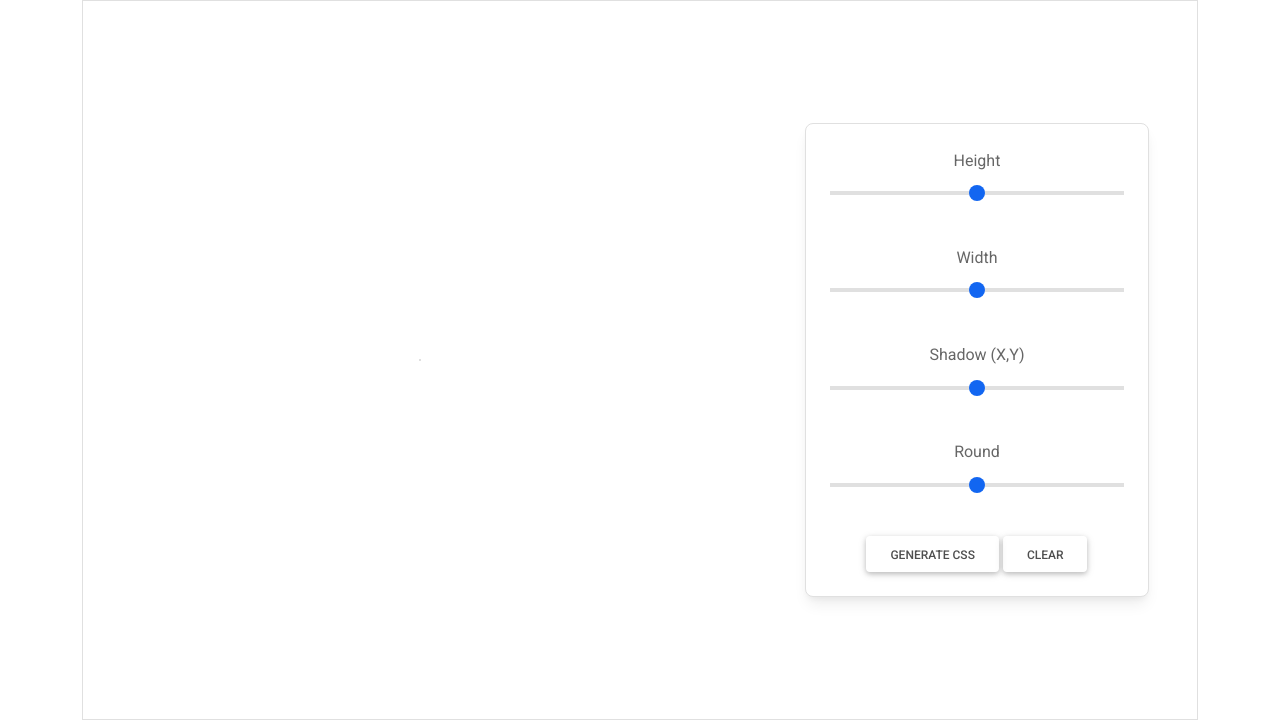
Repository: USaditya98/card-generator
Page: index.html
These files come from the project's save history. The page is drawn as it stood at one moment and after the next save; the edit follows.
The browser window is 1280 px wide. The pictures show the whole page.

Above is the page before, as saved 2021-10-20 13:23:32.

After the next save:
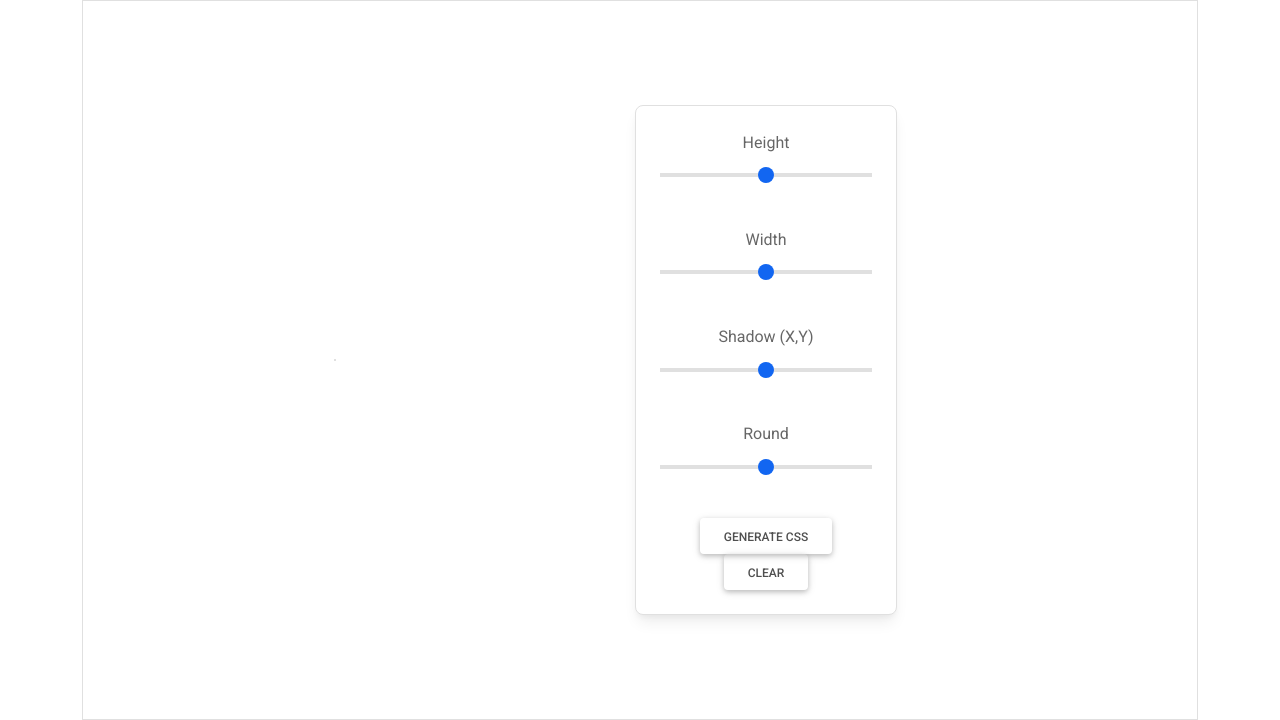
Saved 57 s later.
--- a/index.html
+++ b/index.html
@@ -55,7 +55,7 @@
                   <button class="btn" id="clear" onclick="clearcontent()">Clear</button>
               </div>
             </div>
-            <code id="generatedCss" class="W-100" >
+            <code id="generatedCss" class="w-50" >
 
             </code>
 

After the save that followed:
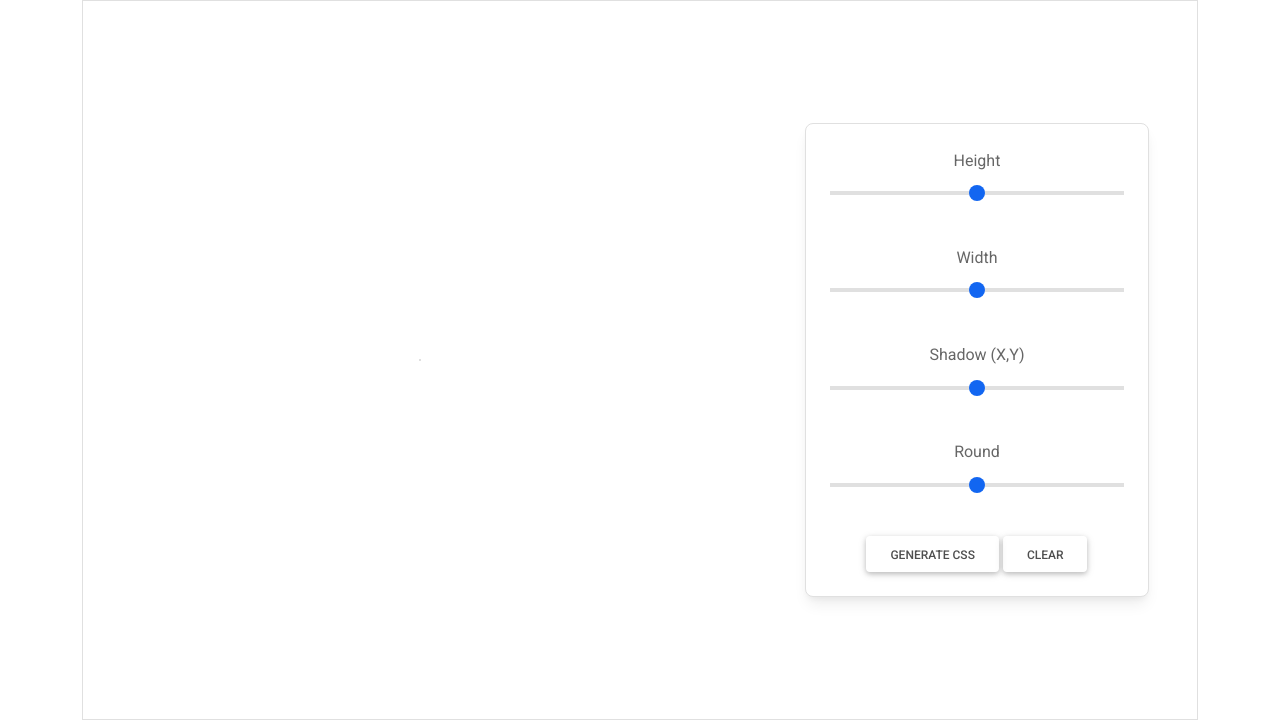
Saved 11 s later.
--- a/index.html
+++ b/index.html
@@ -55,7 +55,7 @@
                   <button class="btn" id="clear" onclick="clearcontent()">Clear</button>
               </div>
             </div>
-            <code id="generatedCss" class="w-50" >
+            <code id="generatedCss" class="w-auto" >
 
             </code>
 
